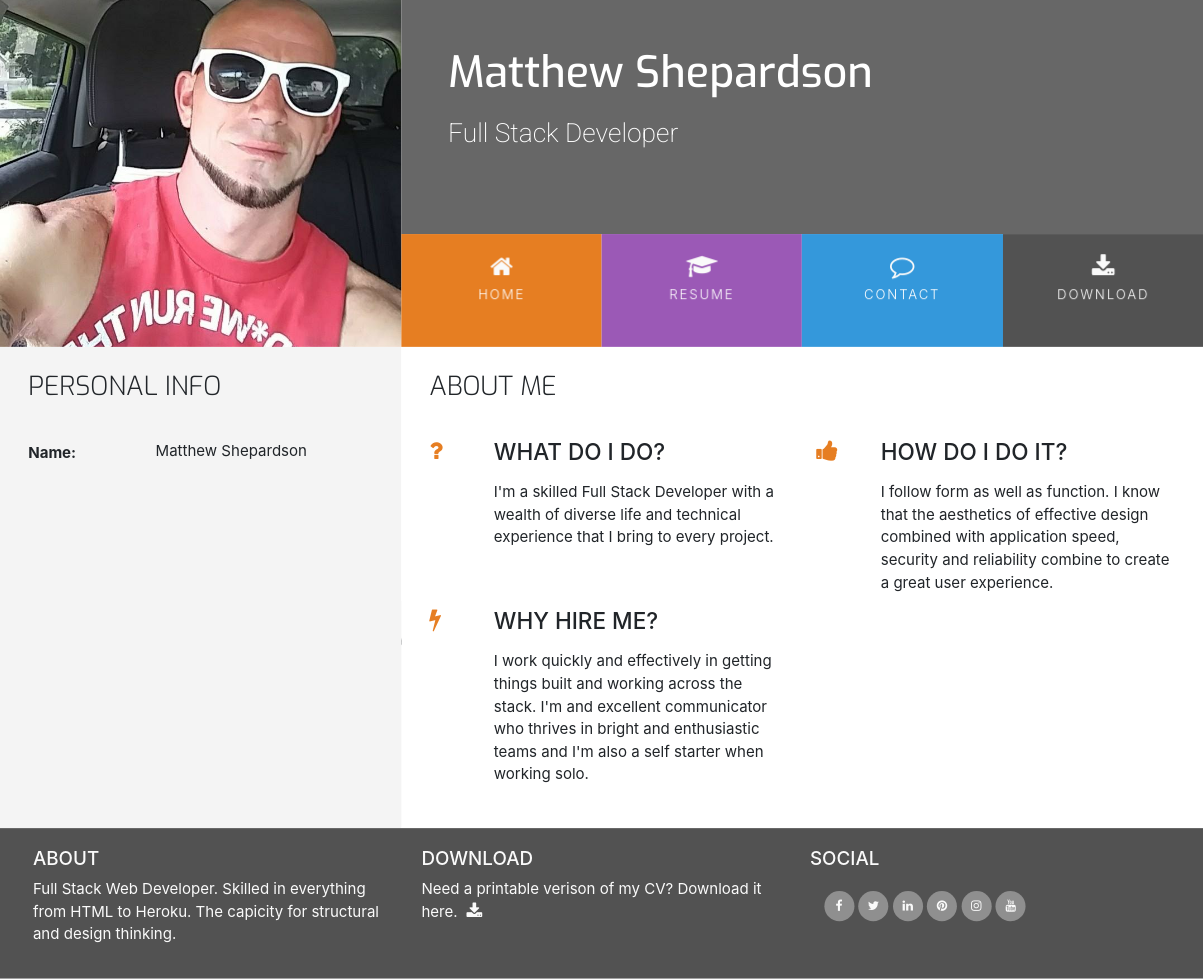
Repository: mshep6517/resume-project
Page: index.html
The author's editor kept a record of every edit. The page is drawn from the files as they stood at one moment, then again after the next edit.
The browser window is 1280 px wide. The pictures show the whole page, at 94% of full size.
Some web libraries are served in a nearby version.

Above is the page before.

After the next edit:
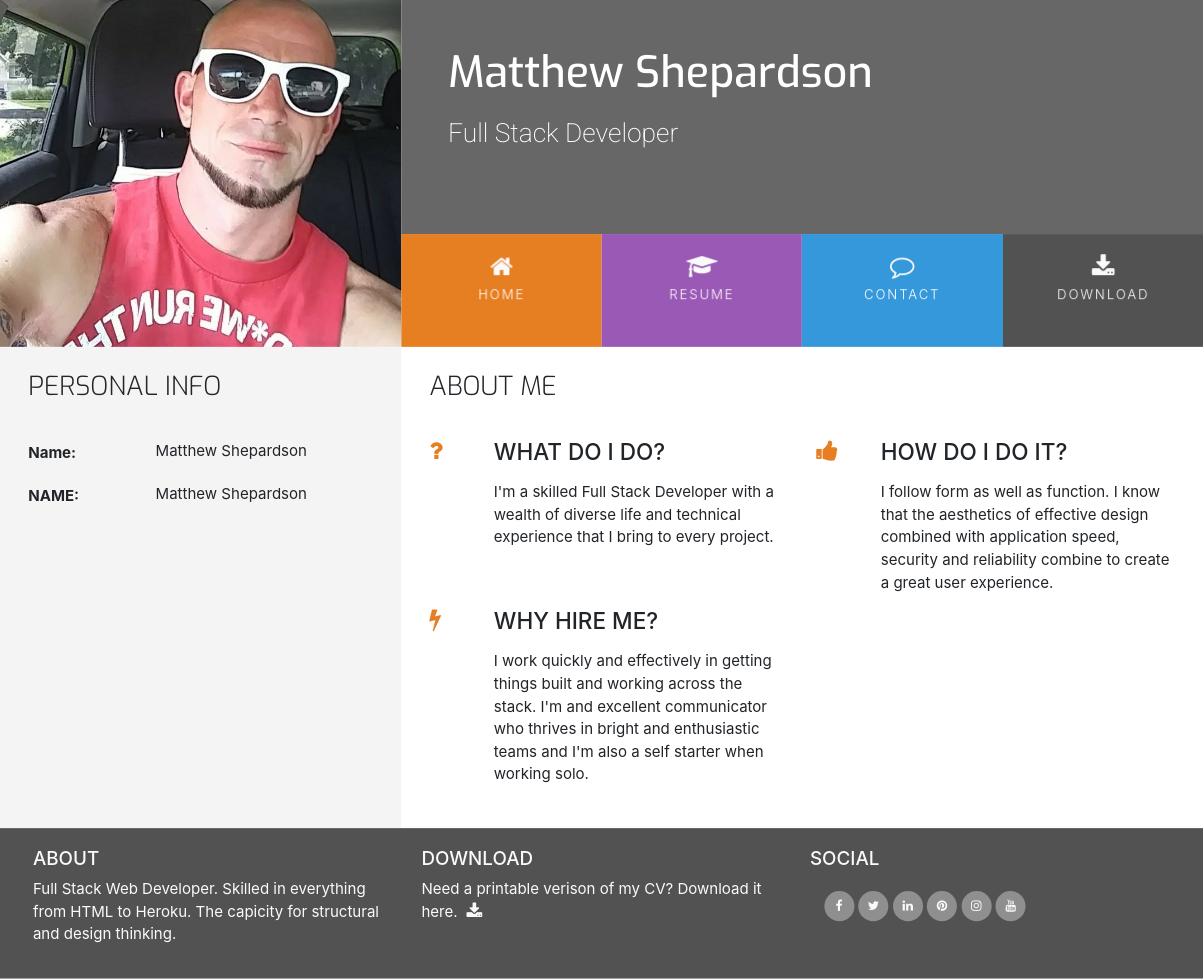
The edit:
--- a/index.html
+++ b/index.html
@@ -66,6 +66,18 @@
                         </p>
                     </div>
                 </div>
+                <div class="personal-info-item">
+                    <div class="key">
+                        <p class="uppercase">
+                            Name:
+                        </p>
+                    </div>
+                    <div class="value">
+                        <p>
+                            Matthew Shepardson
+                        </p>
+                    </div>
+                </div>
             </div>
             <div class="col-md-8 bg-color-three-reasons section-column">
                 <div class="row">
